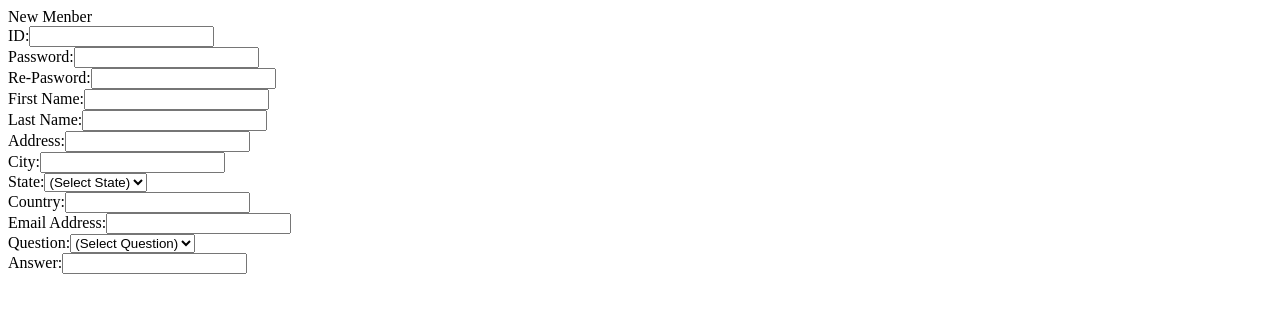
Repository: sheep9590/Test
Page: eclipse-workspace/Prj03/WebRoot/Register.html
These files come from the project's save history. The page is drawn as it stood at one moment and after the next save; the edit follows.
The browser window is 1280 px wide. The pictures show the whole page.

Above is the page before, as saved 2021-09-08 16:18:42.

After the next save:
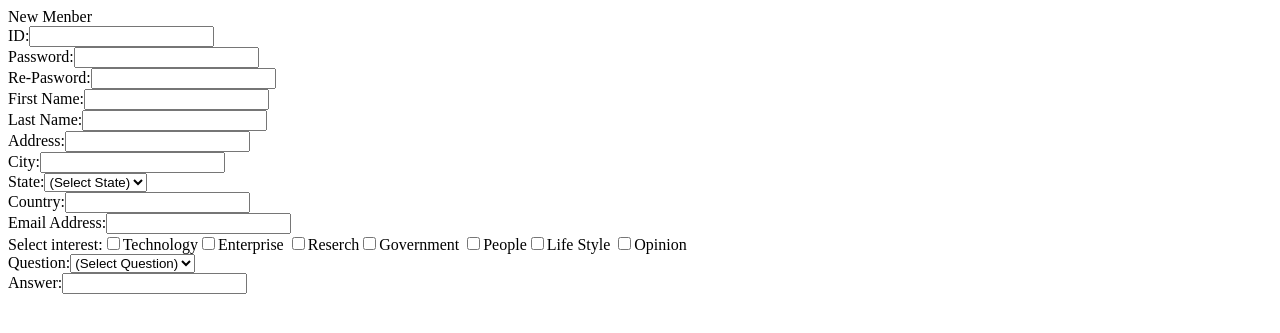
Saved 4 min 17 s later.
--- a/eclipse-workspace/Prj03/WebRoot/Register.html
+++ b/eclipse-workspace/Prj03/WebRoot/Register.html
@@ -15,6 +15,10 @@ New Menber
      </select><br>
      Country:<input type="text"><br>
      Email Address:<input type="text"><br>
+     Select interest:<input type="checkbox">Technology<input type="checkbox">Enterprise
+                     <input type="checkbox">Reserch<input type="checkbox">Government
+                     <input type="checkbox">People<input type="checkbox">Life Style
+                     <input type="checkbox">Opinion<br>
      Question:<select>
      <option>(Select Question)</option>
      </select><br>
